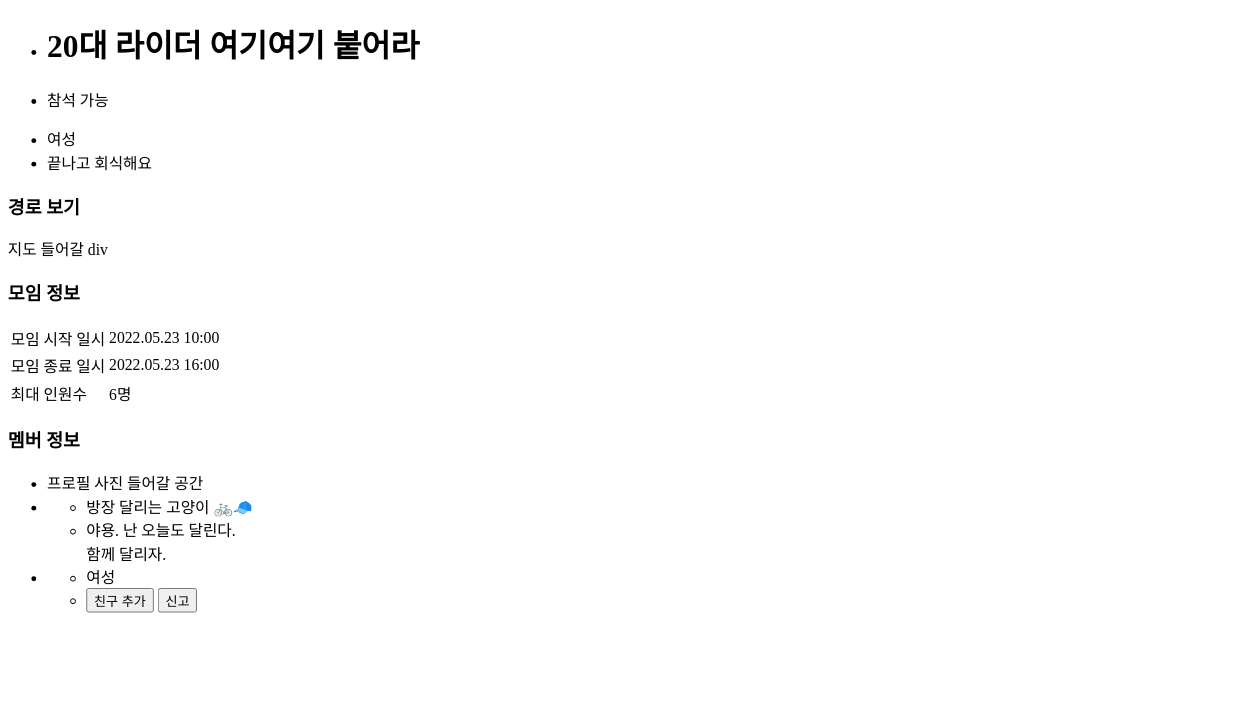
Repository: onpul/TEAM1
Page: http://localhost/Riding/mj/RidingDetail.jsp
The author's editor kept a copy of each file at every save. The page is drawn from the files as they stood at one save, then again after the next save.
The browser window is 1280 px wide. The pictures show the whole page, at 98% of full size.
The page is served by Tomcat 9.

Above is the page before, as saved 2022-06-04 11:00:40.

After the next save:
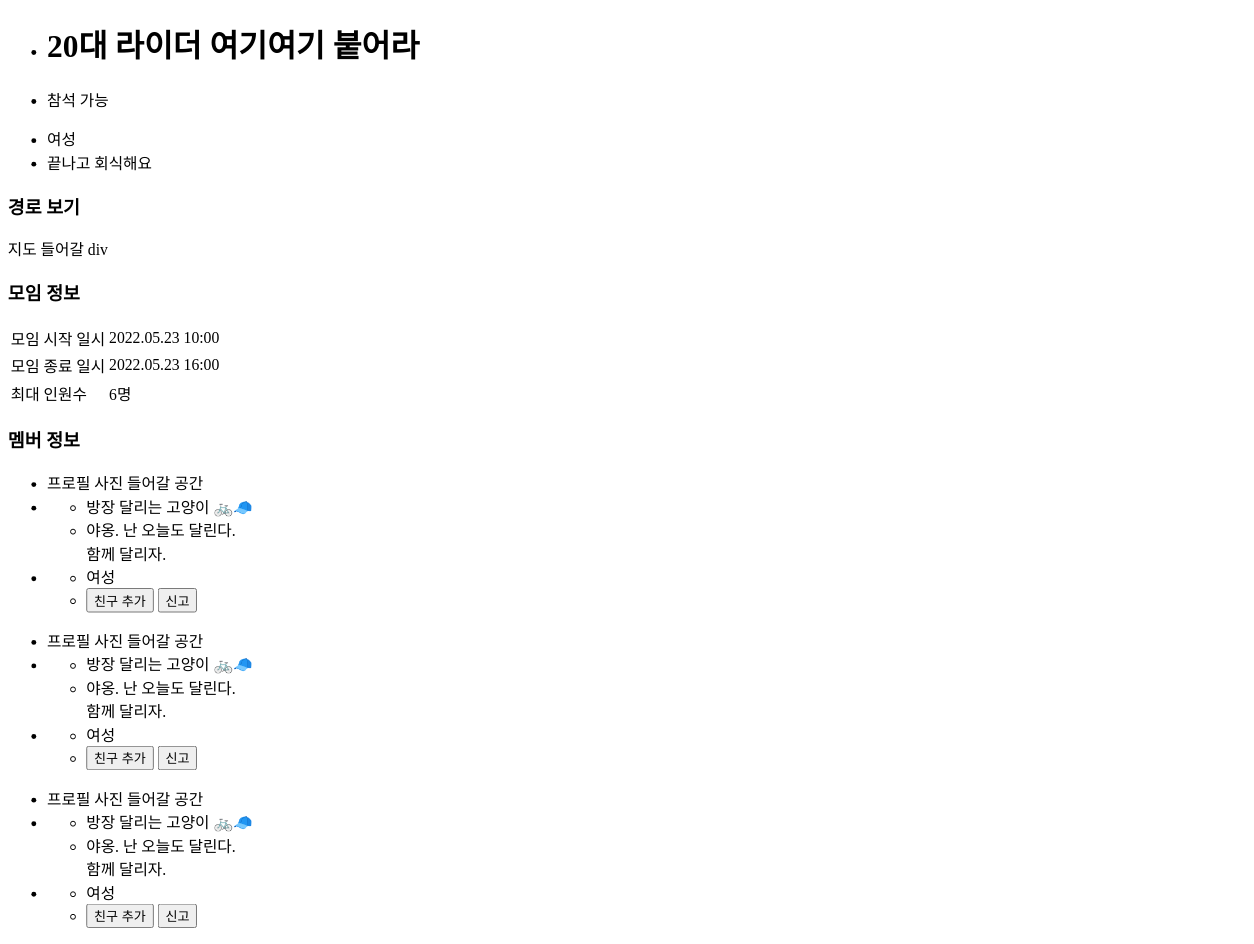
Saved 48 s later.
--- a/Riding/WebContent/mj/RidingDetail.jsp
+++ b/Riding/WebContent/mj/RidingDetail.jsp
@@ -45,13 +45,48 @@
 
 	<div>
 		<h3>멤버 정보</h3>
+		<!-- 사용자 프로필 -->
 		<div>
 			<ul>
 				<li>프로필 사진 들어갈 공간</li>
 				<li>
 					<ul>
 						<li>방장 달리는 고양이 🚲🧢</li>
-						<li>야용. 난 오늘도 달린다. <br>함께 달리자.</li>
+						<li>야옹. 난 오늘도 달린다. <br>함께 달리자.</li>
+					</ul>
+				</li>
+				<li>
+					<ul>
+						<li>여성</li>
+						<li><input type="button" value="친구 추가"/> <input type="button" value="신고"/></li>
+					</ul>
+				</li>
+			</ul>
+		</div>
+		<div>
+			<ul>
+				<li>프로필 사진 들어갈 공간</li>
+				<li>
+					<ul>
+						<li>방장 달리는 고양이 🚲🧢</li>
+						<li>야옹. 난 오늘도 달린다. <br>함께 달리자.</li>
+					</ul>
+				</li>
+				<li>
+					<ul>
+						<li>여성</li>
+						<li><input type="button" value="친구 추가"/> <input type="button" value="신고"/></li>
+					</ul>
+				</li>
+			</ul>
+		</div>
+		<div>
+			<ul>
+				<li>프로필 사진 들어갈 공간</li>
+				<li>
+					<ul>
+						<li>방장 달리는 고양이 🚲🧢</li>
+						<li>야옹. 난 오늘도 달린다. <br>함께 달리자.</li>
 					</ul>
 				</li>
 				<li>
